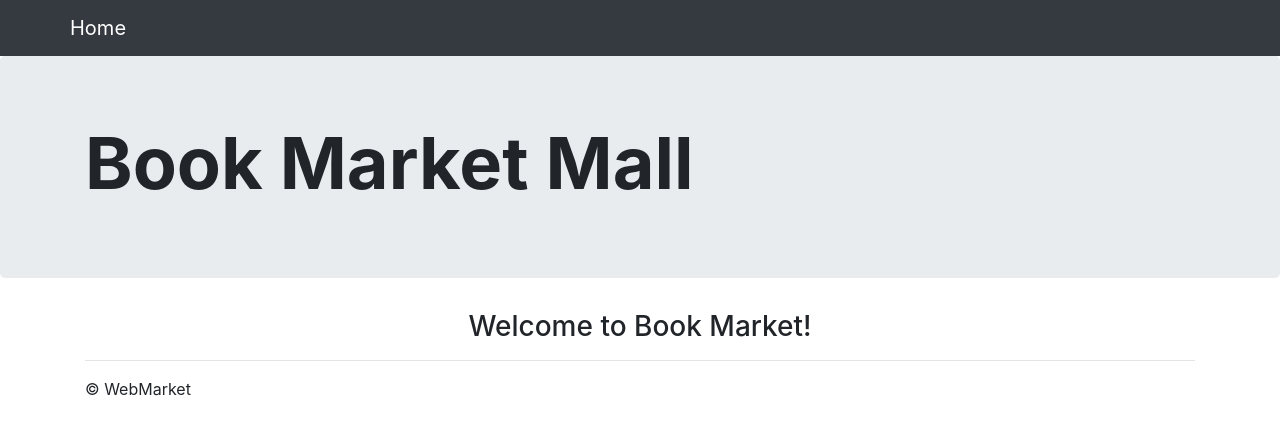
Repository: freedomseok8047/jsp
Page: http://localhost/BookMarket/welcome.jsp
The author's editor kept a copy of each file at every save. The page is drawn from the files as they stood at one save, then again after the next save.
The browser window is 1280 px wide. The pictures show the whole page.
The page is served by Tomcat 9.

Above is the page before, as saved 2023-08-23 05:41:36.

After the next save:
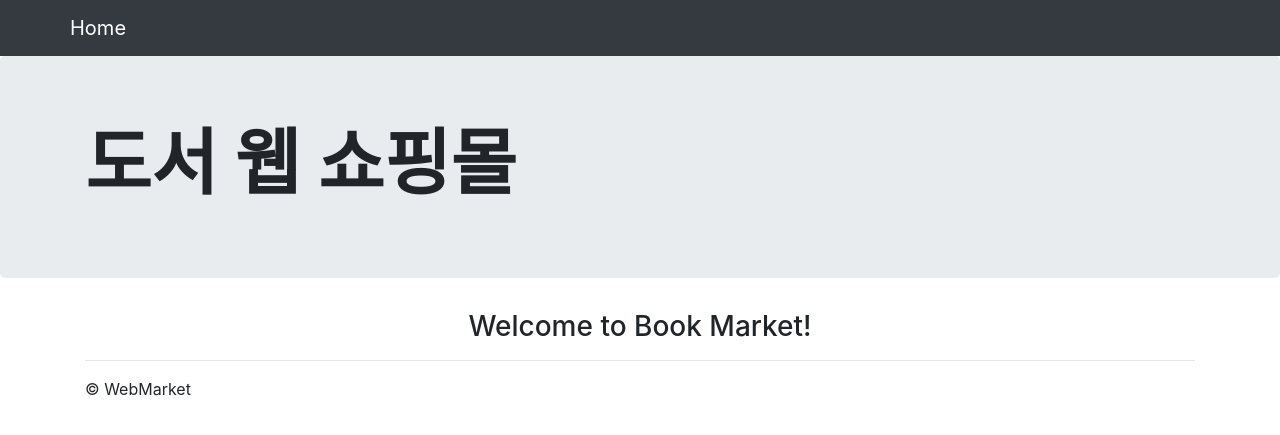
Saved 105 s later.
--- a/BookMarket/src/main/webapp/welcome.jsp
+++ b/BookMarket/src/main/webapp/welcome.jsp
@@ -11,6 +11,9 @@
 <title>Insert title here</title>
 </head>
 <body>
+<%!String greeting = "도서 웹 쇼핑몰";
+	String tagline = "Welcome to Book Market!";
+%>
 	<nav class="navbar navbar-expand navbar-dark bg-dark">
 		<div class="container">
 			<div class=" navbar-header">
@@ -19,8 +22,7 @@
 		</div>
 	</nav>
 
-	<%!String greeting = "Book Market Mall";
-	String tagline = "Welcome to Book Market!";%>
+
 	<div class="jumbotron">
 		<div class="container">
 			<h1 class="display-3 font-weight-bold">
